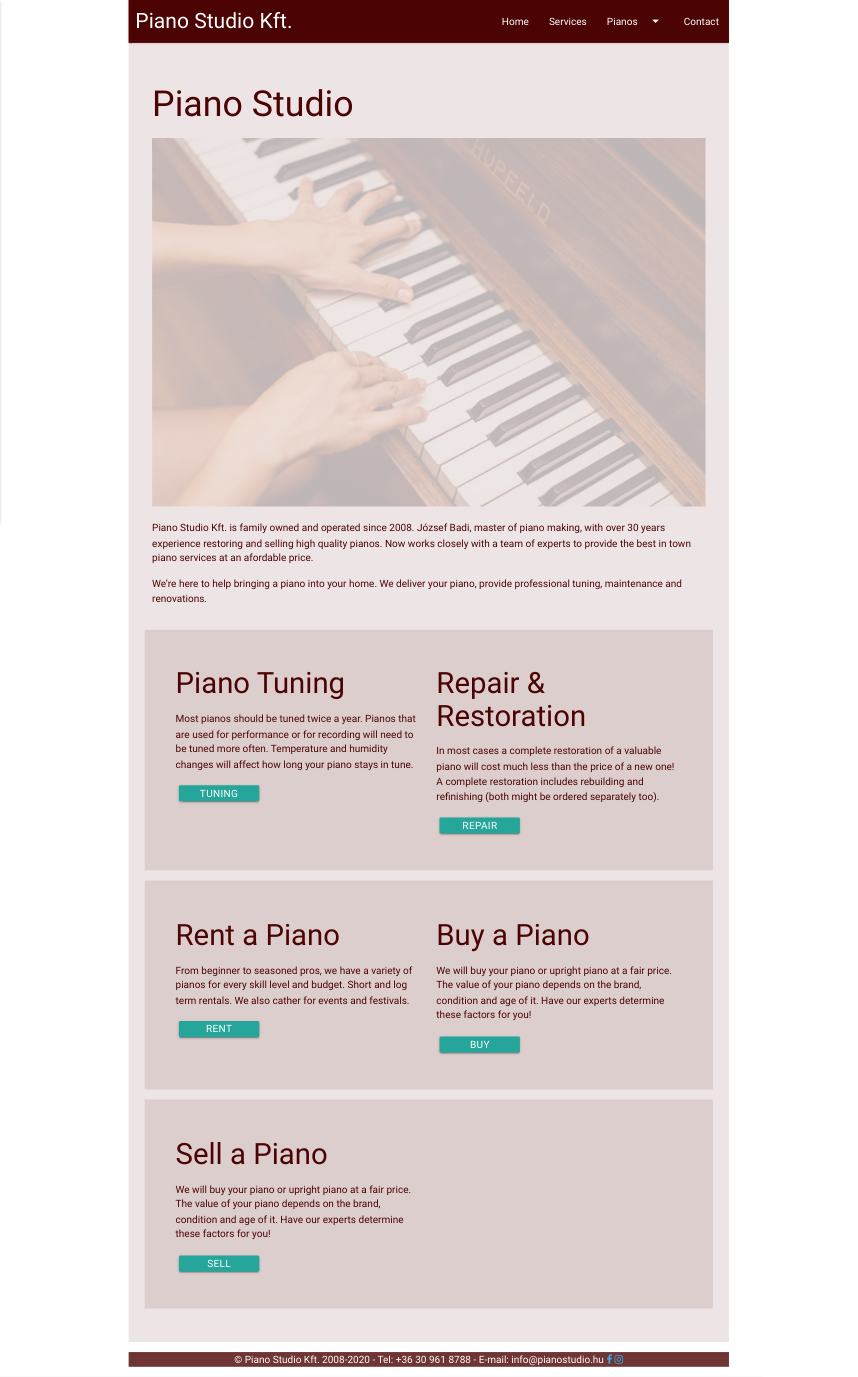
Repository: badiattila/pianostudioheroku
Page: http://localhost/
The author's editor kept a record of every edit. The page is drawn from the files as they stood at one moment, then again after the next edit.
The browser window is 1280 px wide. The pictures show the whole page, at 67% of full size.
Some web libraries are served in a nearby version. The page is served by the project's application, run on Flask 3 (app.py).

Above is the page before.

After the next edit:
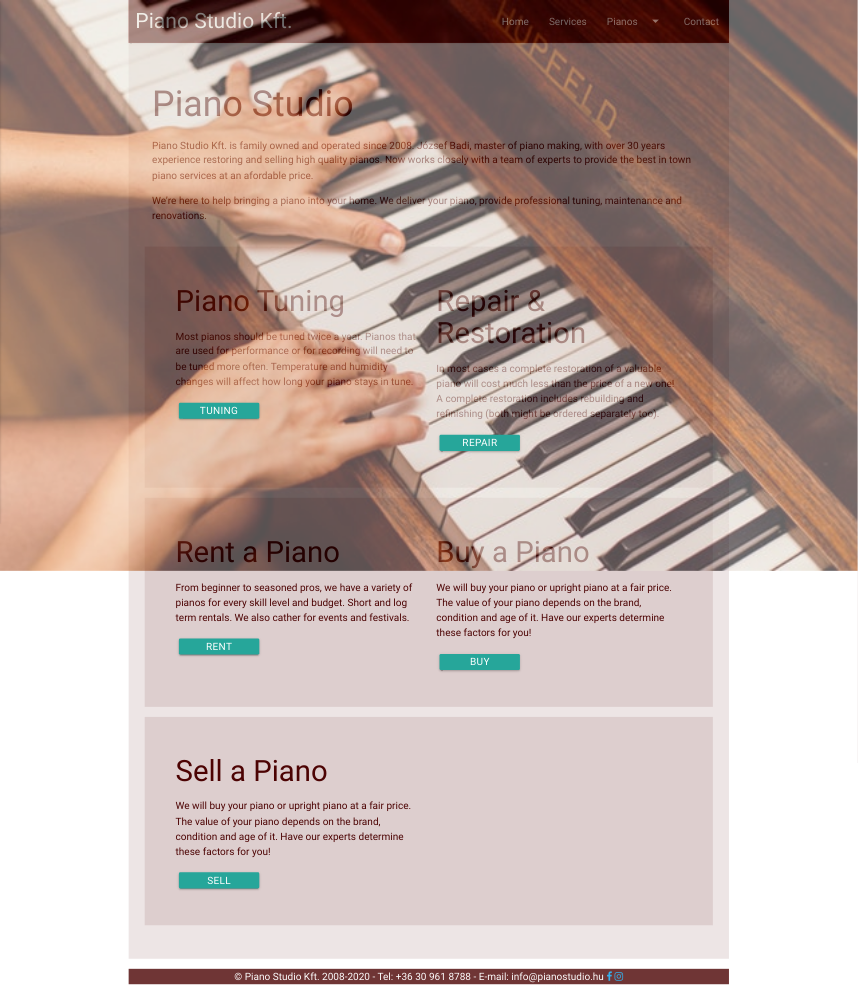
The edit:
--- a/static/css/style.css
+++ b/static/css/style.css
@@ -72,17 +72,17 @@
 /* ID based background behaviour */
 
 .intro img {
-  opacity: 0.2;
-  position: relative;
+  position: absolute;
   left: 0;
   top: 0;
   width: 100%;
   height: auto;
   z-index: 1;
+  opacity: 0.6;
 }
 
 .intro h1 {
-  position: absolute;
+  position: relative;
   left: 0;
   top: 0;
   width: 100%;
